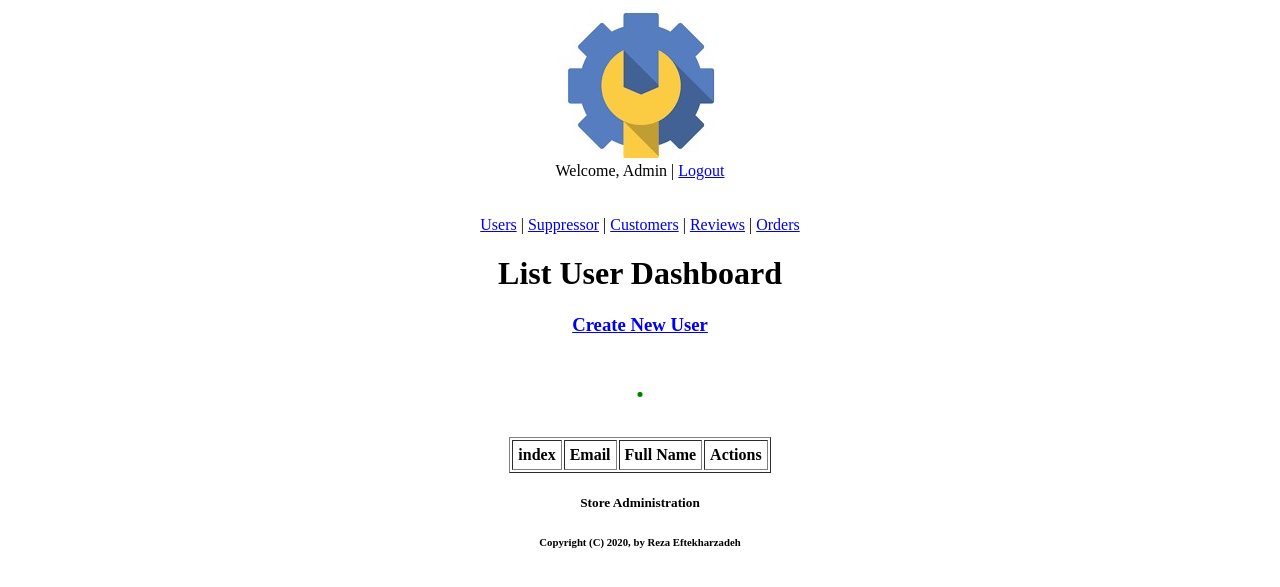
Repository: RezaEftekharzadeh/frey
Page: http://localhost/SilencerStoreProject/admin/user_list.jsp
These files come from the project's save history. The page is drawn as it stood at one moment and after the next save; the edit follows.
The browser window is 1280 px wide. The pictures show the whole page.
The page is served by Tomcat 9. Nobody is signed in. The application's start-up code is not run. Other server files are loaded and not shown.

Above is the page before, as saved 2020-07-18 22:18:12.

### SilencerStoreProject/WebContent/admin/user_list.jsp
<%@ page language="java" contentType="text/html; charset=ISO-8859-1"
    pageEncoding="ISO-8859-1"%>
    <%@ taglib prefix="c" uri="http://java.sun.com/jsp/jstl/core" %>
<!DOCTYPE html>
<html>
<head>
 <!-- <link rel="stylesheet" href="https://stackpath.bootstrapcdn.com/bootstrap/4.3.1/css/bootstrap.min.css" integrity="sha384-ggOyR0iXCbMQv3Xipma34MD+dH/1fQ784/j6cY/iJTQUOhcWr7x9JvoRxT2MZw1T" crossorigin="anonymous"> -->
<meta charset="ISO-8859-1">
<title>List Users page</title>
</head>
<body>
	<jsp:include page="header.jsp" />
	<div align="center">
	     <h1>List User Dashboard</h1>
	     <h3><a href="user_create.jsp">Create New User</a></h3>
    </div>

    <div align="center">
    	<h1><p style="color:green;">${message}.</p></h1>

    </div>

	<div align="center">
		<table border="1" cellPadding="5">
			<tr>
				<th>index</th>
				<th>Email</th>
				<th>Full Name</th>
				<th>Actions</th>
			</tr>
			<c:forEach var="user" items="${listUser}" varStatus="status">
				<tr>
					<td>${status.index+1}</td>
					<td>${user.email}</td>
					<td>${user.fullName}</td>
					<td>
						<a href="">Edith</a>
						<a href="">Delete</a>
					</td>
				</tr>
			</c:forEach>

		</table>

	</div>


     <jsp:include page="footer.jsp" />
</body>
</html>

### SilencerStoreProject/WebContent/admin/header.jsp
<div align="center">

	<div >
		 <img src="../images/admin-page.jpg">
	</div>

	<div >
	  Welcome, Admin | <a href="logout">Logout</a>
	</div>
	<br><br>

	<div>
		<a href="list_users">Users</a> |
		<a href="suppressor">Suppressor</a> |
		<a href="customers">Customers</a> |
		<a href="reviews">Reviews</a> |
		<a href="orders">Orders</a>
	</div>
</div>

### SilencerStoreProject/WebContent/admin/footer.jsp

<div align="center">

 <h5>Store Administration</h5>
 <h6> Copyright (C) 2020, by Reza Eftekharzadeh</h6>



</div>

After the next save:
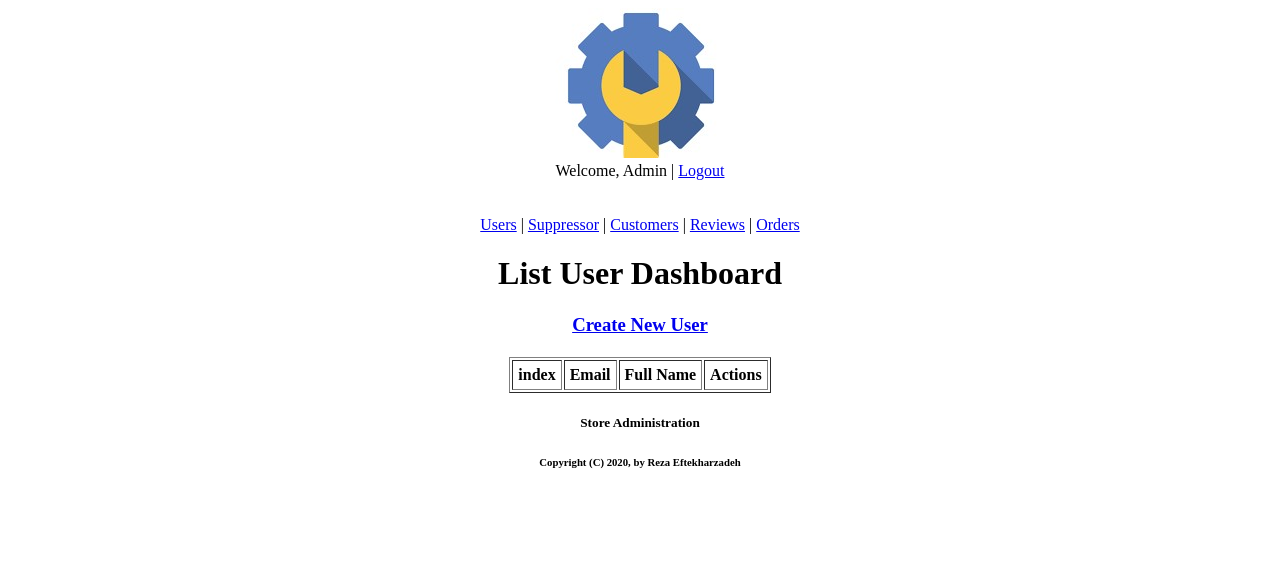
Saved 42 s later.
--- a/SilencerStoreProject/WebContent/admin/user_list.jsp
+++ b/SilencerStoreProject/WebContent/admin/user_list.jsp
@@ -16,7 +16,7 @@
     </div>
 
     <div align="center">
-    	<h1><p style="color:green;">${message}.</p></h1>
+    	<h4><i><p style="color:green;">${message}</p></i></h4>
 
     </div>
 
